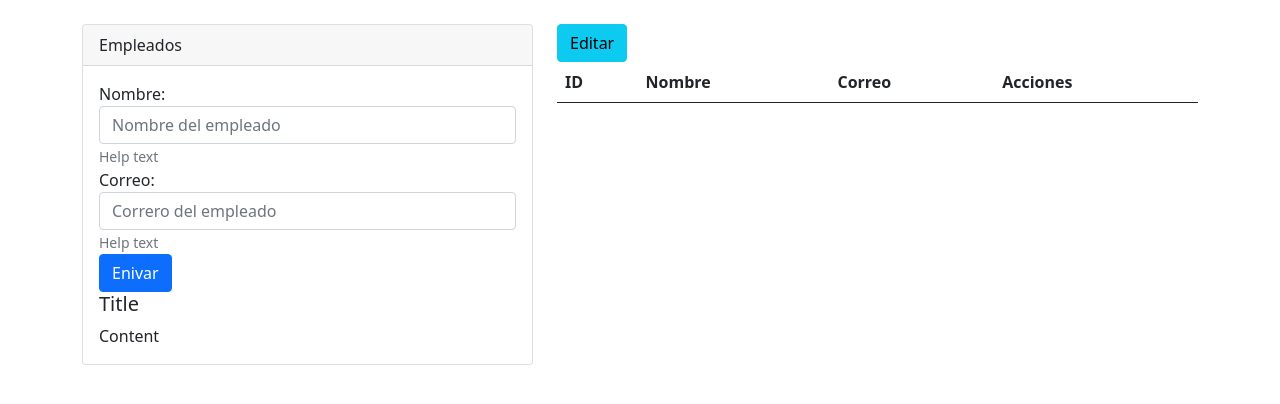
Repository: LionardoGomiz/CRUD-JS-VAINILLA
Page: index.html
The author's editor kept a copy of each file at every save. The page is drawn from the files as they stood at one save, then again after the next save.
The browser window is 1280 px wide. The pictures show the whole page.
The page's requests for data from a server got no answer.

Above is the page before, as saved 2021-08-12 15:50:49.

After the next save:
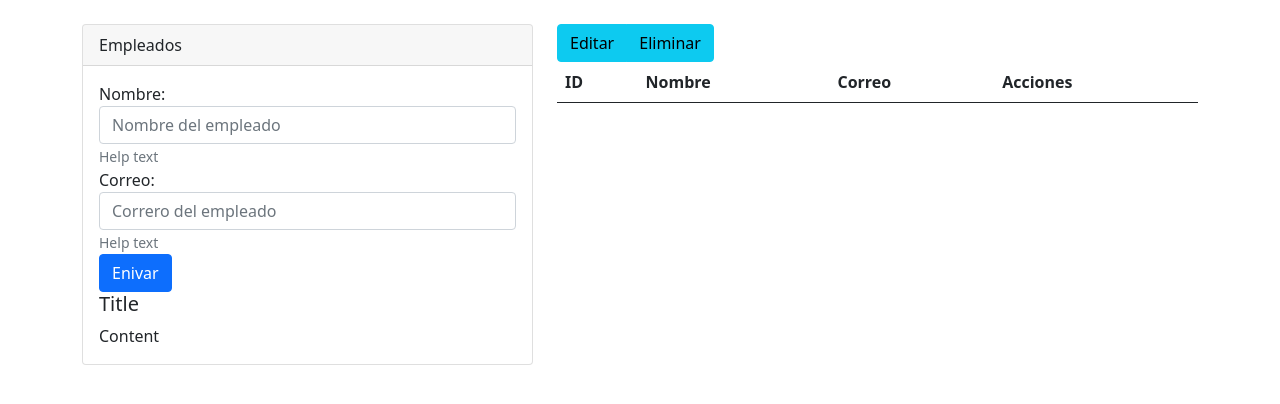
Saved 39 s later.
--- a/index.html
+++ b/index.html
@@ -54,7 +54,7 @@
                     </thead>
                     <tbody id="empleados">
                     <div class="btn-group" role="group">
-                        <button type="button" class="btn btn-info">Editar</button>
+                        <button type="button" class="btn btn-info">Editar</button> <button type="button" class="btn btn-info">Eliminar</button>
                     </div>
                     </tbody>
                 </table>
